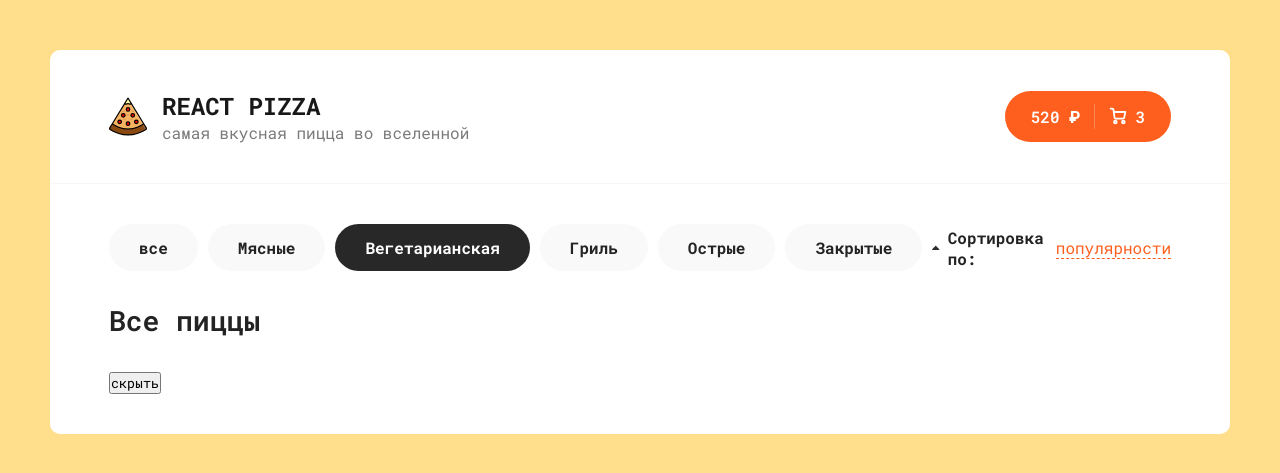
Repository: TI-IT/react-pizza2
Page: /
These files come from the project's save history. The page is drawn as it stood at one moment and after the next save; the edit follows.
The browser window is 1280 px wide. The pictures show the whole page.
The project was rebuilt for these pictures with package versions that can differ from the ones it lists, and the page was loaded fresh each time. Also part of the build but not shown: src/components/PizzaBlock.jsx.

Above is the page before, as saved 2022-10-09 11:51:14.

After the next save:
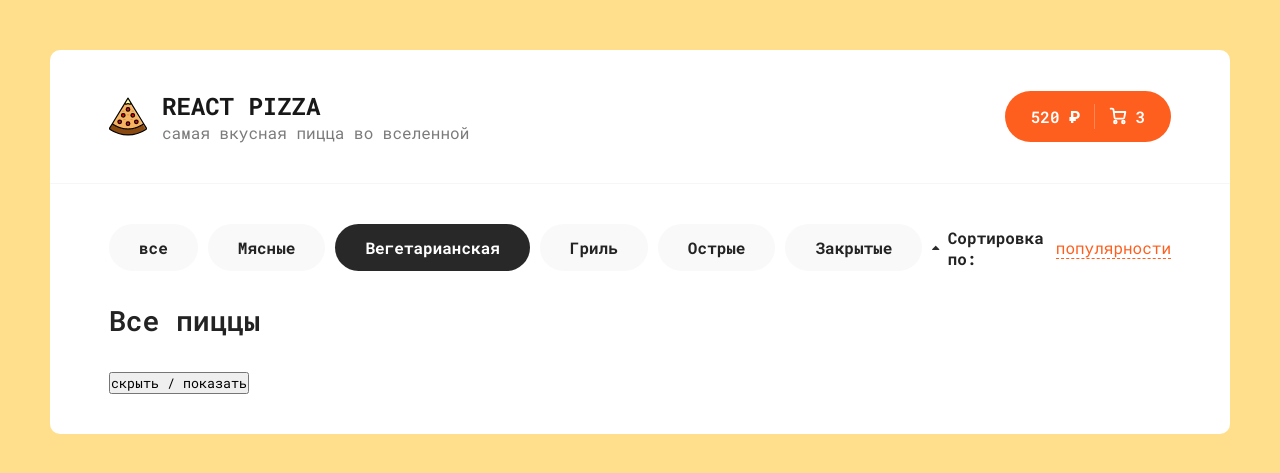
Saved 26 s later.
--- a/src/App.js
+++ b/src/App.js
@@ -33,7 +33,7 @@ function App() {
             <Sort />
           </div>
           {visibleList && <h2 className="content__title">Все пиццы</h2>}
-          <button onClick={toggleVisibleList}>скрыть</button>
+          <button onClick={toggleVisibleList}>скрыть / показать</button>
 
           <div className="content__items">
             {items.map(obj => (
